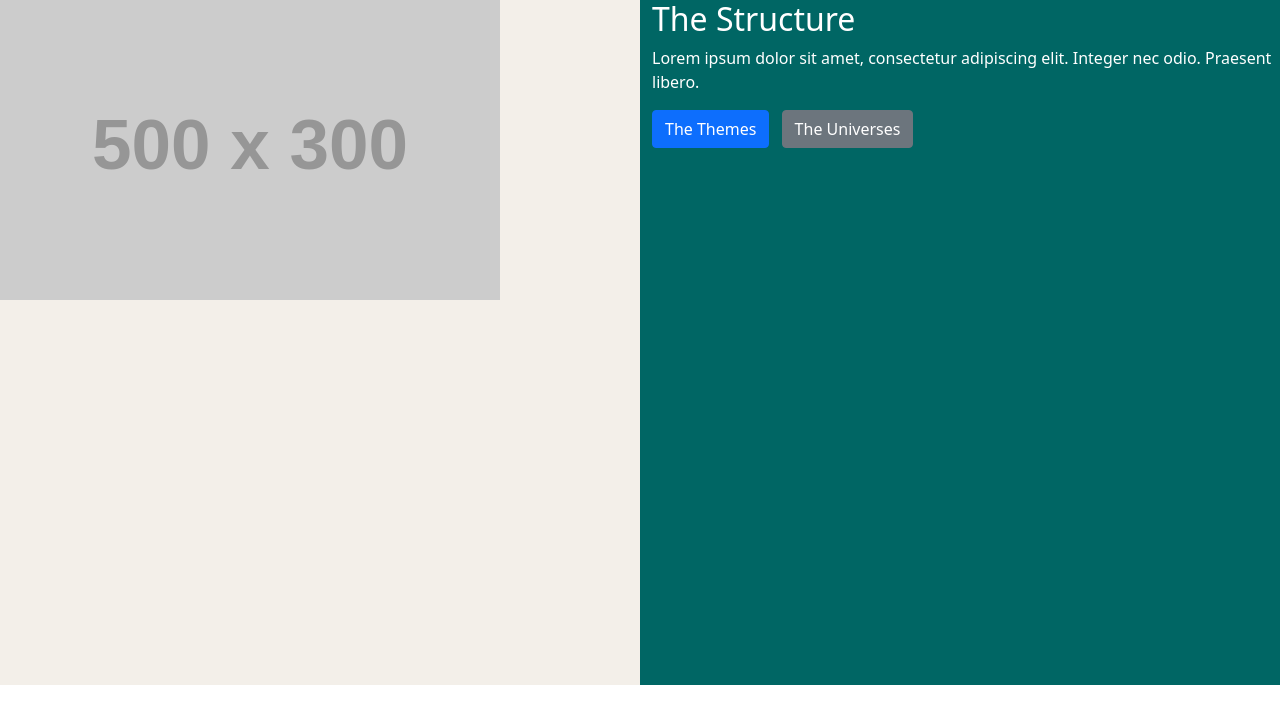
Repository: angelica-hom/msdv-thesis
Page: structure.html
The author's editor kept a record of every edit. The page is drawn from the files as they stood at one moment, then again after the next edit.
The browser window is 1280 px wide. The pictures show the whole page.

Above is the page before.

After the next edit:
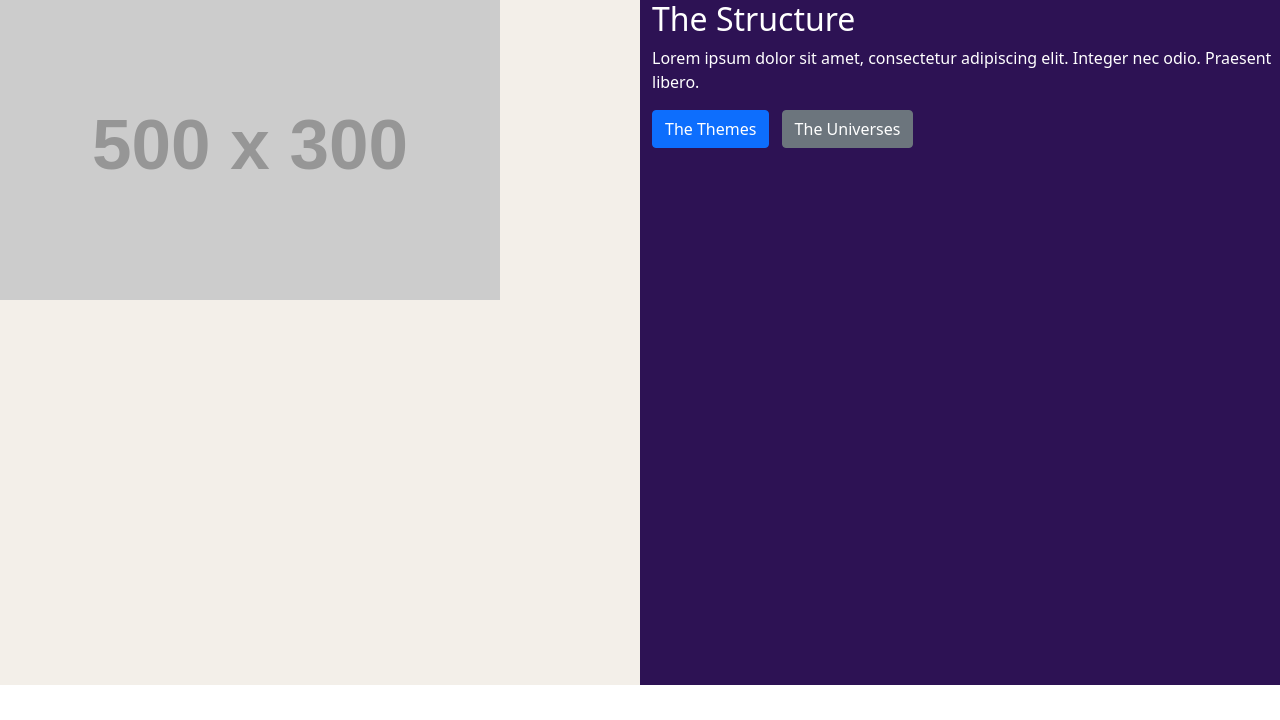
The edit:
--- a/structure.html
+++ b/structure.html
@@ -4,7 +4,7 @@
     <meta charset="utf-8">
     <meta name="viewport" content="width=device-width, initial-scale=1">
     <link href="https://cdn.jsdelivr.net/npm/bootstrap@5.1.3/dist/css/bootstrap.min.css" rel="stylesheet">
-    <link href="themes.css" rel="stylesheet">
+    <link href="structure.css" rel="stylesheet">
     <title>Responsive Webpage with Image and Text</title>
 </head>
 <body>
